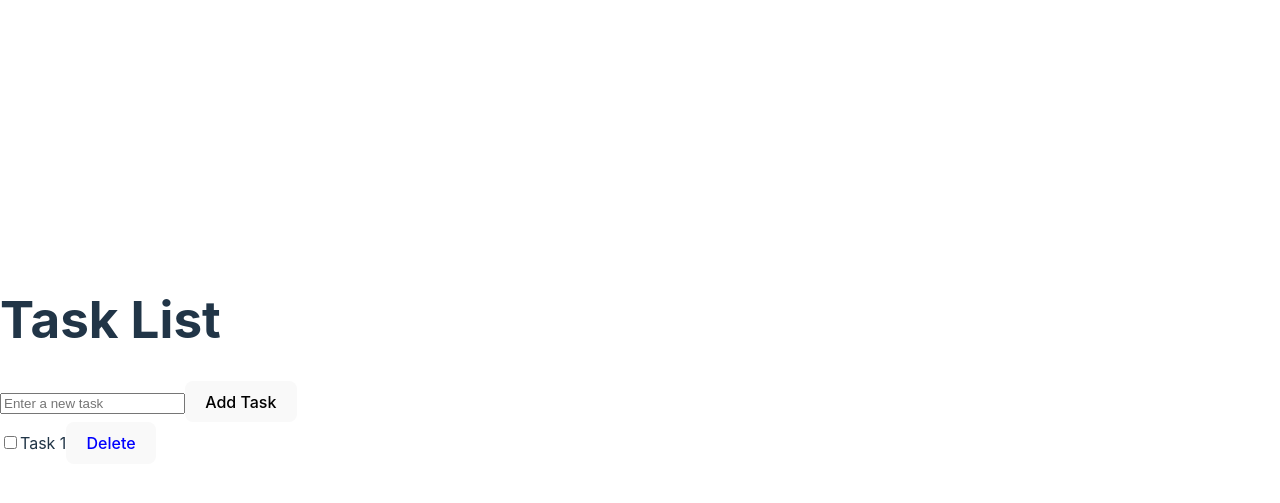
Repository: alemunden/Frontend-Lab4
Page: / (app in web-app/)
These files come from the project's save history. The page is drawn as it stood at one moment and after the next save; the edit follows.
The browser window is 1280 px wide. The pictures show the whole page.
The project was rebuilt for these pictures with package versions that can differ from the ones it lists, and the page was loaded fresh each time. Also part of the build but not shown: web-app/vite.config.js.

Above is the page before, as saved 2024-10-19 20:35:23.

### web-app/src/App.jsx
import React, { useState } from 'react';
import Task from "./components/Task";
import TaskForm from "./components/TaskForm";

function App() {
  const [tasks, setTasks] = useState([{ id: 1, name: 'Task 1' }]);
  const deleteTask = (taskId) => {
    setTasks(tasks.filter((task) => task.id !== taskId));
  };

  const addTask = (taskName) => {
    const newTask = {
      id: tasks.length + 1,
      name: taskName,
    };
    setTasks([...tasks, newTask]);
  };

  return (
    <div>
      <h1 id='title'>Task List</h1>
      <div id='taskForm'>
        <TaskForm onAddTask={addTask} />
      </div>
      <div id='taskListArea'>
        {tasks.map((task) => (
          <Task
            key={task.id}
            taskName={task.name}
            onDelete={() => deleteTask(task.id)}
          />
        ))}
        </div>
    </div>
  );
}

export default App;

### web-app/src/components/Task.jsx
import { useState } from 'react';

function Task({ taskName, onDelete }) {
  const [isCompleted, setIsCompleted] = useState(false);
  const toggleCompletion = () => {
    setIsCompleted(!isCompleted);
  };

  return (
    <div id='task' style={{ textDecoration: isCompleted ? 'line-through' : 'none' }}>
      <input
        type="checkbox"
        checked={isCompleted}
        onChange={toggleCompletion}
      />
      {taskName}
      <button onClick={onDelete} id='deleteButton' style={{color: 'blue'}}>Delete</button>
    </div>
  );
}

export default Task;

### web-app/src/components/TaskForm.jsx
import { useState } from 'react';

function TaskForm({ onAddTask }) {
  const [newTask, setNewTask] = useState('');
  const handleSubmit = (e) => {
    e.preventDefault();
    if (newTask.trim() !== '') {
      onAddTask(newTask);
      setNewTask('');
    }
  };

  return (
    <form onSubmit={handleSubmit}>
      <input
        type="text"
        value={newTask}
        onChange={(e) => setNewTask(e.target.value)}
        placeholder="Enter a new task"
      />
      <button id='addTask' type="submit">Add Task</button>
    </form>
  );
}

export default TaskForm;

Loaded but not shown: web-app/index.html (common file); web-app/src/main.jsx (common file); web-app/src/index.css (common file)

After the next save:
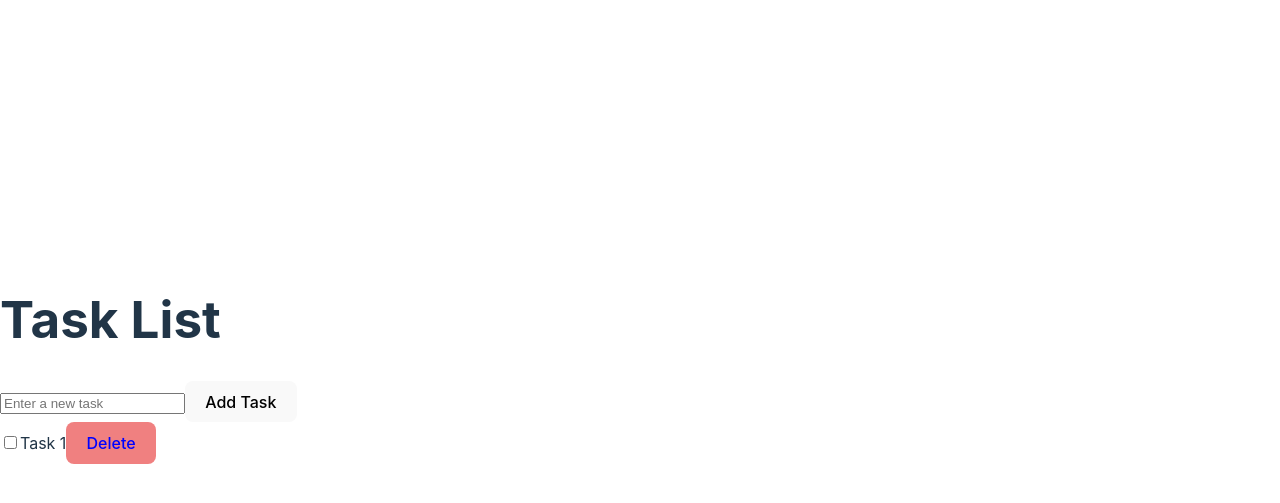
Saved 15 s later.
--- a/web-app/src/components/Task.jsx
+++ b/web-app/src/components/Task.jsx
@@ -14,7 +14,7 @@ function Task({ taskName, onDelete }) {
         onChange={toggleCompletion}
       />
       {taskName}
-      <button onClick={onDelete} id='deleteButton' style={{color: 'blue'}}>Delete</button>
+      <button onClick={onDelete} id='deleteButton' style={{color: 'blue', backgroundColor: 'lightcoral'}}>Delete</button>
     </div>
   );
 }
